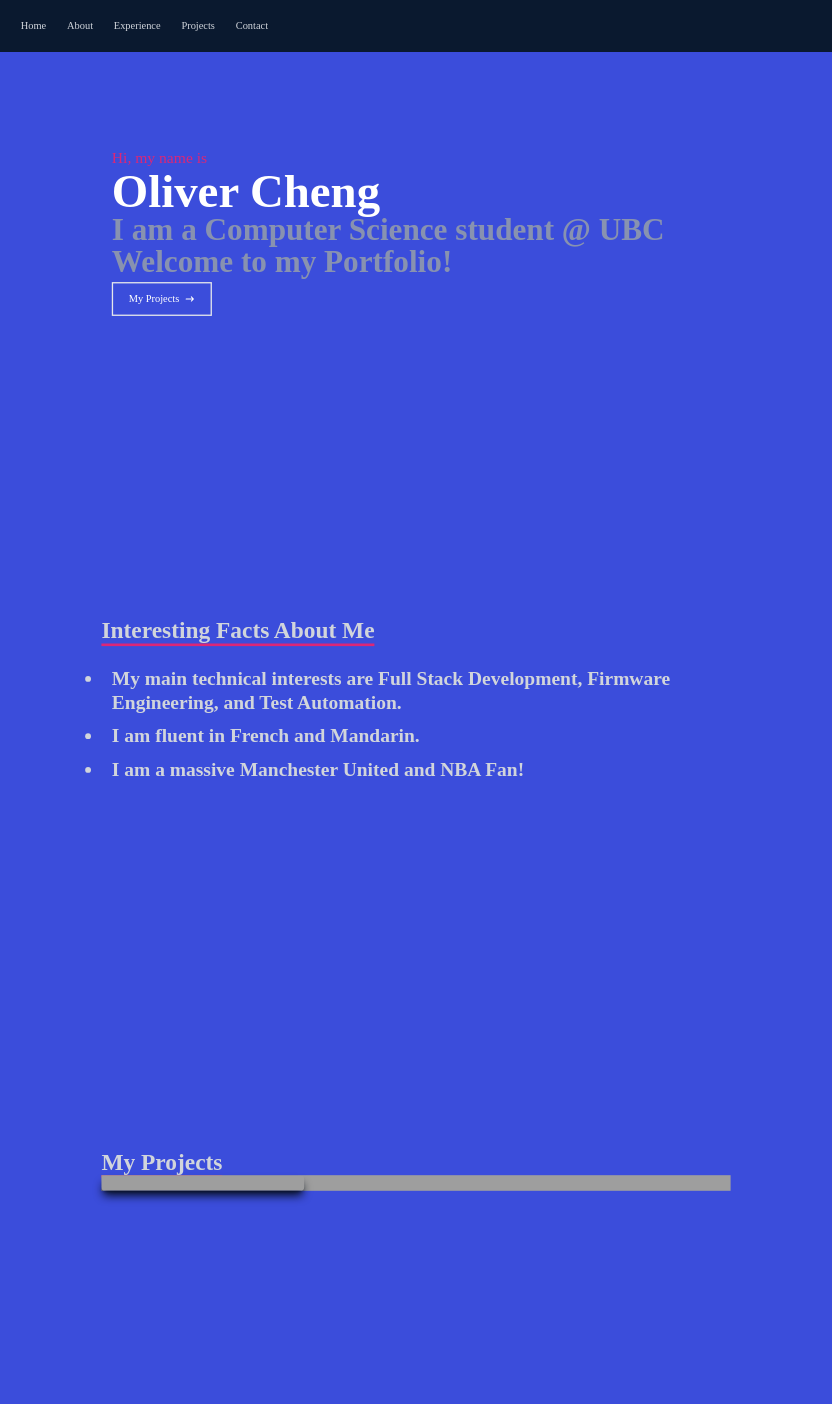
Repository: olichengus/Project-Portfolio
Page: /
The author's editor kept a copy of each file at every save. The page is drawn from the files as they stood at one save, then again after the next save.
The browser window is 1280 px wide. The pictures show the whole page, at 65% of full size.
Pictures or frames that could not be fetched are drawn as grey boxes. The project was rebuilt for these pictures with package versions that can differ from the ones it lists, and the page was loaded fresh each time.

Above is the page before, as saved 2024-02-09 22:54:24.

### src/index.css
@tailwind base;
@tailwind components;
@tailwind utilities;

@import url('https://fonts.googleapis.com/css2?family=Roboto:wght@300;400;500;700&display=swap');

@layer base {
  body {
    @apply font-[Raleway];
  }
  li {
    @apply px-4;
    @apply cursor-pointer;
  }
}


.content-div{
  background-repeat: no-repeat;
  background-size: cover;
  background-position: center;

}

### src/App.js
import Home from './components/Home';
import Navbar from './components/Navbar';
import About from './components/About';
import Work from './components/Work';

function App() {
  return (
    <div>
      <Navbar />
      <Home />
      <About />
      <Work />
    </div>
  );
}

export default App;

### src/components/Home.jsx
import React from 'react'
import {HiArrowNarrowRight} from 'react-icons/hi'

const Home = () => {
  return (
    <div className='w-full h-screen bg-[#3b4ddb]'>
      {/* Container */}
      <div className='max-w-[1000px] mx-auto px-8 flex flex-col justify-center h-full'>
        <p className='text-pink-600 text-2xl'>Hi, my name is</p>
        <h1 className='text-white text-7xl font-bold'>Oliver Cheng</h1>
        <h2 className='text-4xl sm:text-5xl font-bold text-[#8892b0]'> I am a Computer Science student @ UBC</h2>
        <h2 className='text-4xl sm:text-5xl font-bold text-[#8892b0]'> Welcome to my Portfolio!</h2>
        <div className='background-color'>
          <button className = 'text-white border-2 px-6 py-3 my-2 flex items-center hover:bg-pink-600 hover:border-pink-600'>
            My Projects
            <span className='group-hover:rotate-90 duration-300'>
              <HiArrowNarrowRight className='ml-2' />
            </span>
          </button>
        </div>
      </div>

    </div>
  )
}

export default Home

### src/components/navbar.js
import React, {useState} from 'react'
import {
    FaBars,
    FaTimes,
    FaGithub,
    FaLinkedin
  } from 'react-icons/fa';
import { HiOutlineMail } from 'react-icons/hi';
import BsFillPersonFill from 'react-icons/bs';

const Navbar = () => {
    const [nav, setNav] = useState(false)
    const handleClick = () => setNav(!nav)
  return (
    <div className='fixed w-full h-[80px] flex justify-between items-center px-4 bg-[#0a192f] text-gray-300'>
    {/* menu */}
        <div className='hidden md:flex'>
            <ul className='hidden md:flex'>
                <li>Home</li>
                <li>About</li>
                <li>Experience</li>
                <li>Projects</li>
                <li>Contact</li>


            </ul>
        </div>

        <div onClick={handleClick} className='md:hidden z-10'>
            {/* if false set it to bars else set it to x logo*/}
            {!nav ? <FaBars /> : <FaTimes />}
        </div>


        {/* Moble menu */}
        <ul className={!nav ? "hidden": 'absolute top-0 left-0 w-full h-screen bg-[#0a192f] flex flex-col justify center items-center'}>
                <li className='py-6 text-4xl'>Home</li>
                <li className='py-6 text-4xl'>About</li>
                <li className='py-6 text-4xl'>Experience</li>
                <li className='py-6 text-4xl'>Projects</li>
                <li className='py-6 text-4xl'>Contact</li>

        </ul>
        {/* Social Icons */}
        <div className='flex fixed flex-col top-[35%] left-0;'>
        </div>
    </div>


  )
}

export default Navbar

### src/components/About.jsx
import React from 'react';

const About = () => {
    return (
        <div name='about' className='w-full h-screen bg-[#3b4ddb] text-gray-300'>
            <div className='flex flex-col justify-center items-center w-full h-full'>
                <div className='max-w-[1000px] w-full px-4 justify-center items-center'>
                    <div className='text-left'>
                        <p className='text-4xl font-bold inline border-b-4 border-pink-600 hover:text-white'>Interesting Facts About Me</p>
                    </div>

                </div>
                <div className='mt-9 max-w-[1000px] w-full'>
                    <ul class="list-disc pl-4">
                        <li class="mb-2 text-3xl font-bold hover:text-white">My main technical interests are Full Stack Development, Firmware Engineering, and Test Automation.</li>
                        <li class="mt-4 mb-2 text-3xl font-bold hover:text-white">I am fluent in French and Mandarin.</li>
                        <li class="mt-4 mb-2 text-3xl font-bold hover:text-white">I am a massive Manchester United and NBA Fan!</li>
                    </ul>
                </div>
            </div>
        </div>
    )
}

export default About;

### src/components/Work.jsx
import React from 'react';
import Background from '../assets/background.jpeg';

const Work = () => {
    return (
        <div className='w-full md:h-screen text-gray-300 bg-[#3b4ddb]'>
            <div className='max-w-[1000px] mx-auto p-4 flex flex-col justify-center w-full h-full'>
                <div>
                    <p className='text-4xl font-bold inline border-b-4 text-gray-300 border-pink-600'>My Projects</p>
                </div>

                <div style = {{backgroundImage: `url(${Background})`}}
                className='grid sm:grid-cols-2 md:grid-cols-3 gap-4'>
                    <div className='shadow-lg shadow-[#040c16] group container rounded-md flex justify-center items-center mx-auto content-div'>

                        {/* Hover Effects */}
                        <div>
                            <span>

                            </span>
                            <div>
                                <a href ="/">
                                    <button></button>
                                </a>
                                <a href = "/">
                                    <button></button>
                                </a>
                            </div>
                        </div>
                    </div>
                </div>



            </div>
        </div>
    );
};

export default Work;

### tailwind.config.js
/** @type {import('tailwindcss').Config} */
module.exports = {
  content: ["./src/**/*.{html,jsx}"],
  theme: {
    extend: {},
  },
  plugins: [],
}

Loaded but not shown: public/index.html (common file); src/index.js (common file)

After the next save:
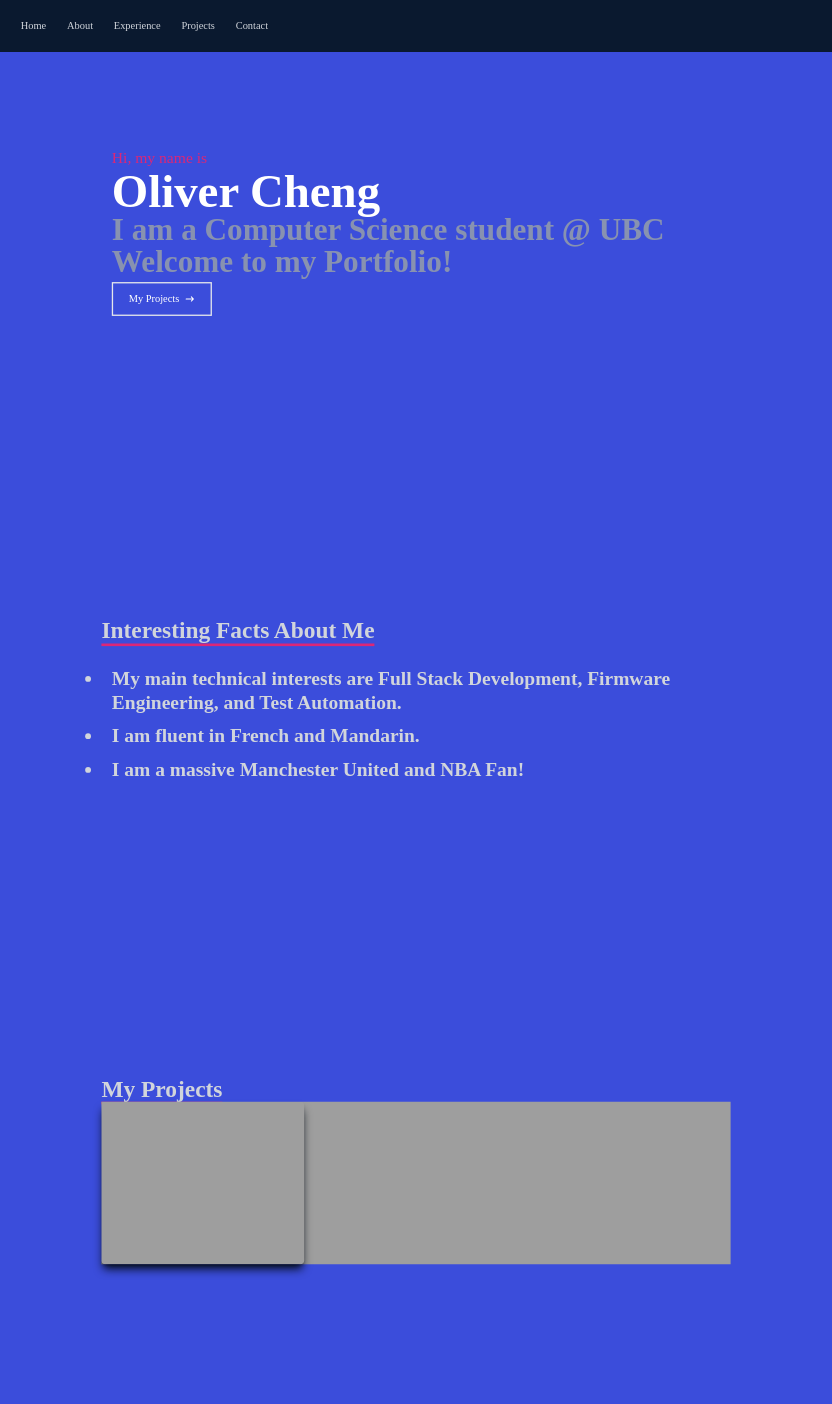
Saved 6 s later.
--- a/src/index.css
+++ b/src/index.css
@@ -19,5 +19,5 @@
   background-repeat: no-repeat;
   background-size: cover;
   background-position: center;
-
+  height: 250px;
 }
